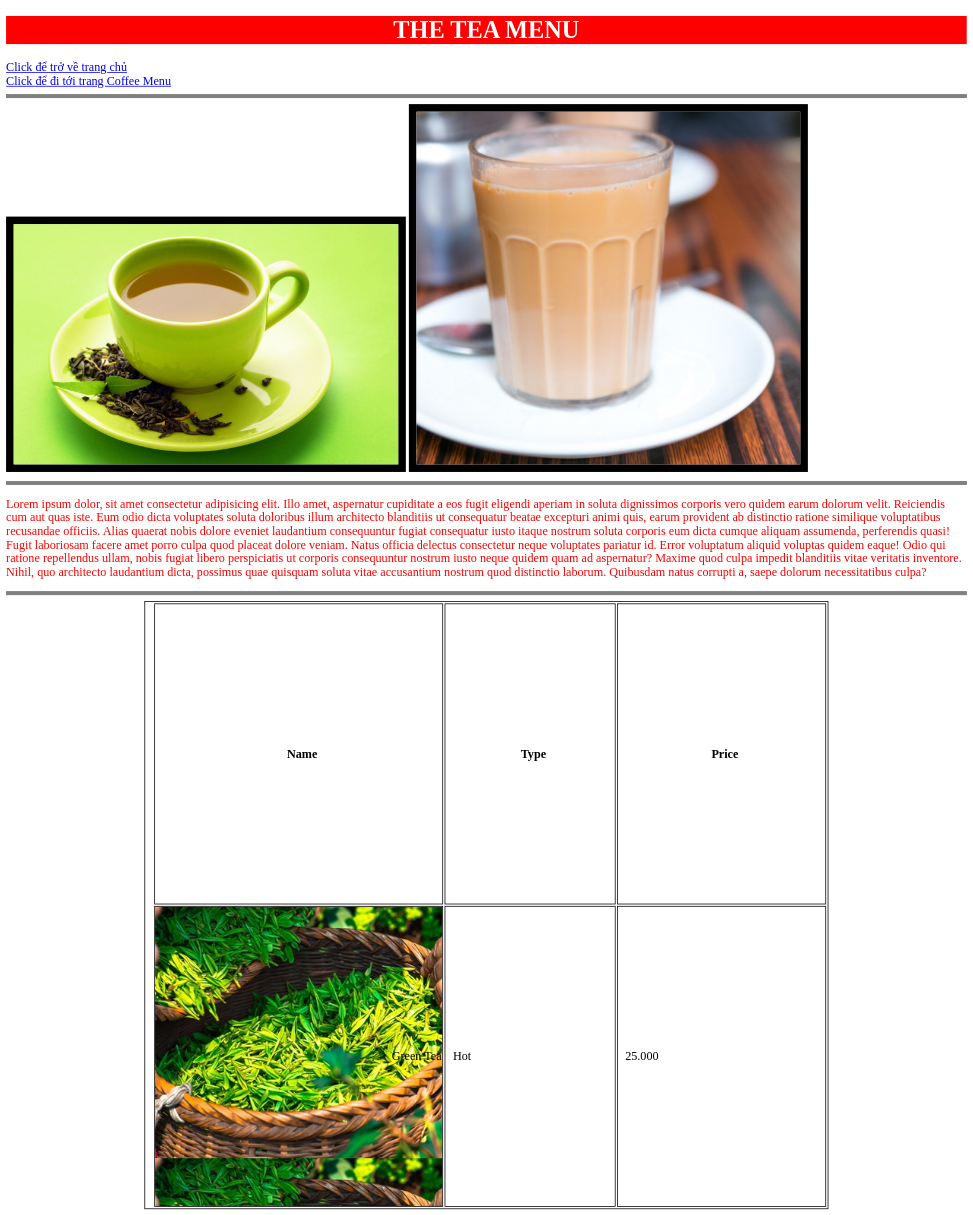
Repository: giahuy405/HomeWork_Coffee
Page: tea.html
The author's editor kept a copy of each file at every save. The page is drawn from the files as they stood at one save, then again after the next save.
The browser window is 1280 px wide. The pictures show the whole page, at 76% of full size.

Above is the page before, as saved 2022-09-07 11:35:46.

### tea.html
<!DOCTYPE html>
<html lang="en">
<head>
    <meta charset="UTF-8">
    <meta http-equiv="X-UA-Compatible" content="IE=edge">
    <meta name="viewport" content="width=device-width, initial-scale=1.0">
    <title>Document</title>
    <link rel="stylesheet" href="./css/tea.css">
</head>
<body>
    <header>
        <h1 style="text-align:center;color:white;background-color:red">THE TEA MENU</h1>
        <a href="#">Click để trở về trang chủ</a>
        <br>
        <a href="#">Click để đi tới trang Coffee Menu</a>
        <hr size="5px" noshade>
    </header>
    <div class="intro-img">
        <img style="width:40%;border: 10px solid black" src="./img/Green-Tea.jpg" alt="">
        <img style="width:40%;border: 10px solid black;" src="./img/milktea.png" alt="">
        <hr size="5px" noshade>
        <p style="color: red;">Lorem ipsum dolor, sit amet consectetur adipisicing elit. Illo amet, aspernatur cupiditate a eos fugit eligendi aperiam in soluta dignissimos corporis vero quidem earum dolorum velit. Reiciendis cum aut quas iste. Eum odio dicta voluptates soluta doloribus illum architecto blanditiis ut consequatur beatae excepturi animi quis, earum provident ab distinctio ratione similique voluptatibus recusandae officiis. Alias quaerat nobis dolore eveniet laudantium consequuntur fugiat consequatur iusto itaque nostrum soluta corporis eum dicta cumque aliquam assumenda, perferendis quasi! Fugit laboriosam facere amet porro culpa quod placeat dolore veniam. Natus officia delectus consectetur neque voluptates pariatur id. Error voluptatum aliquid voluptas quidem eaque! Odio qui ratione repellendus ullam, nobis fugiat libero perspiciatis ut corporis consequuntur nostrum iusto neque quidem quam ad aspernatur? Maxime quod culpa impedit blanditiis vitae veritatis inventore. Nihil, quo architecto laudantium dicta, possimus quae quisquam soluta vitae accusantium nostrum quod distinctio laborum. Quibusdam natus corrupti a, saepe dolorum necessitatibus culpa?</p>
        <hr size="5px" noshade>
    </div>
    <table>
        <tr>
            <th colspan="2">Name</th>
            <th>Type</th>
            <th>Price</th>
        </tr>
        <tr>
            <td colspan="2" style="background-image: url(./img/greentea.jpg);text-align: right;">Green Tea</td>
            <td>Hot</td>
            <td>25.000</td>
        </tr>
    </table>
</body>
</html>

### css/tea.css
table,th,td{
    border: 1px solid black;
    border-collapse: separate;
    padding-left: 10px;
}
table{
    width: 900px;
    height: 800px;
    margin: 0 auto;
}

After the next save:
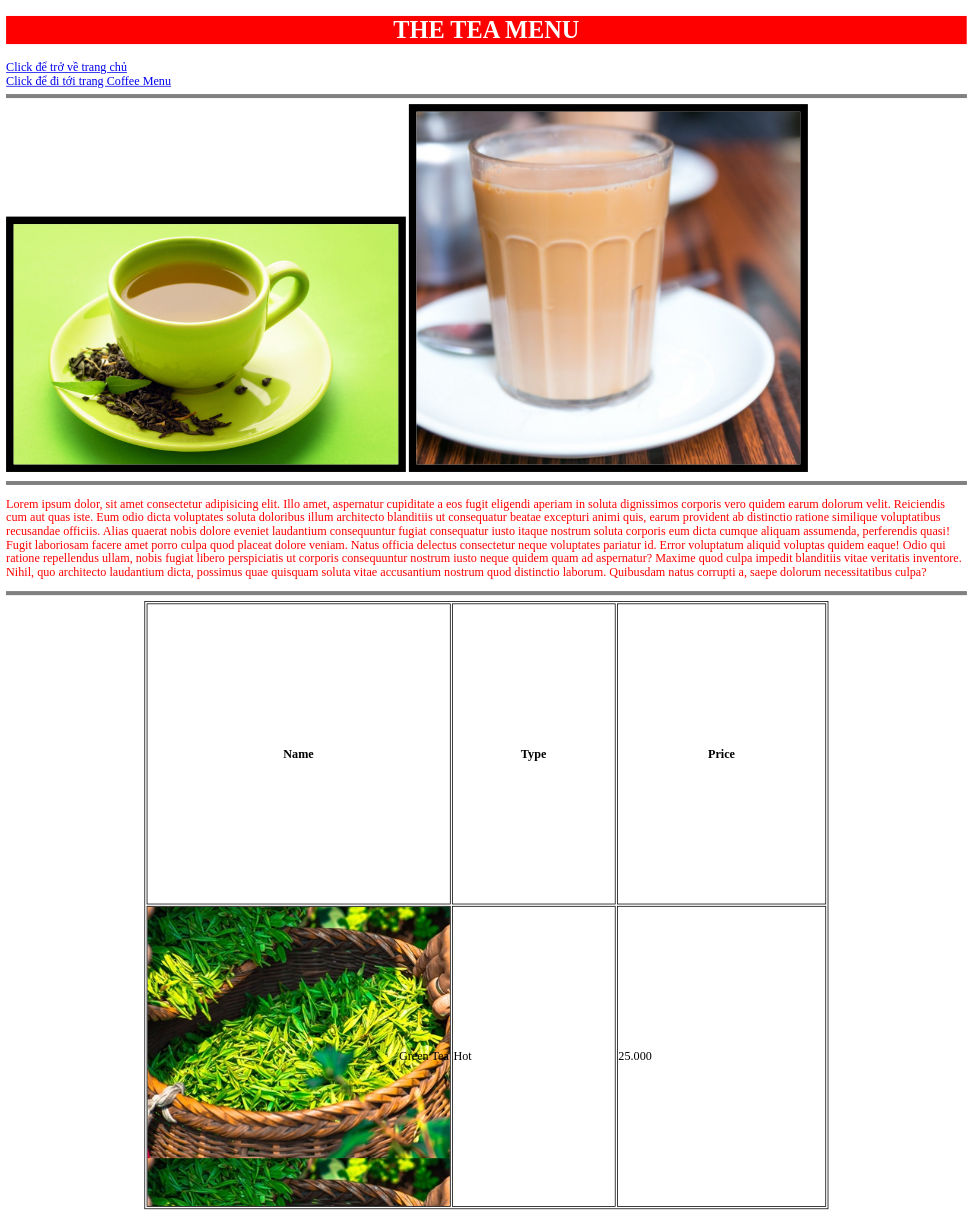
Saved 11 s later.
--- a/css/tea.css
+++ b/css/tea.css
@@ -1,7 +1,7 @@
 table,th,td{
     border: 1px solid black;
     border-collapse: separate;
-    padding-left: 10px;
+
 }
 table{
     width: 900px;
